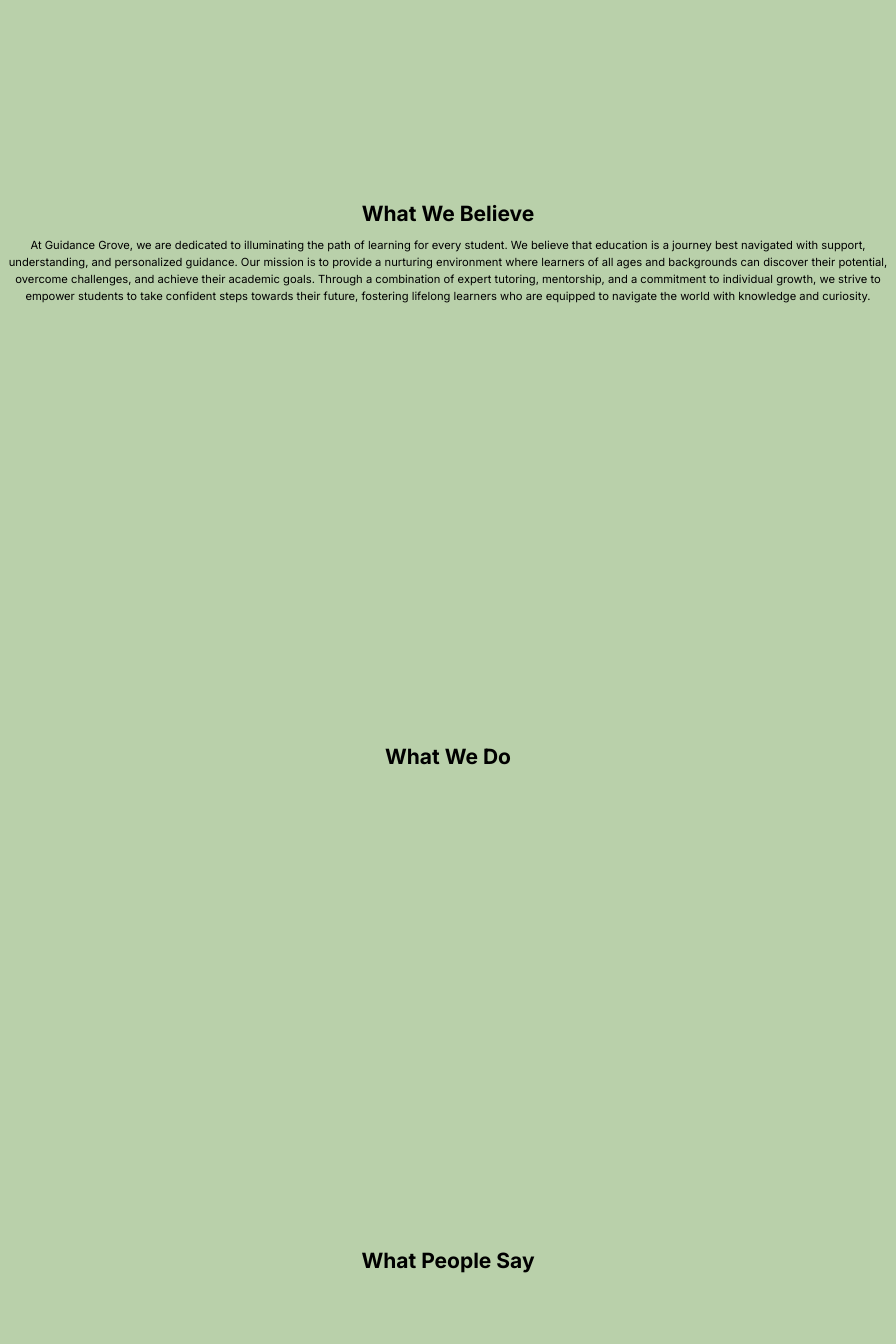
Repository: PositiveGuy/GuidanceGrove
Page: /
These files come from the project's save history. The page is drawn as it stood at one moment and after the next save; the edit follows.
The browser window is 1280 px wide. The pictures show the part of the page from y = 0 to 1920 px (the page is 3874 px tall), at 70% of full size.
The project was rebuilt for these pictures with package versions that can differ from the ones it lists, and the page was loaded fresh each time. The framework's server and built-in components were replaced by stand-ins that run in the browser. Also part of the build but not shown: next.config.js.

Above is the page before, as saved 2023-12-28 16:16:24.

### src/app/layout.tsx
import React from 'react';
import Header from '../components/header';
import Footer from '../components/footer';
import { Inter } from 'next/font/google';
import './globals.css';
import { ThemeContextProvider } from '@/context/ThemeContext';
import ThemeProvider from '@/providers/ThemeProvider';
import ThemeWrapper from '@/components/ThemeWrapper';

//font
const inter = Inter({ subsets: ['latin'] });



//header and footer layout
const RootLayout = ({ children }: { children: React.ReactNode }) => {
  return (
    <html lang='en'>
      <body>
        <ThemeContextProvider>
          <ThemeProvider>
            <Header />
            <ThemeWrapper>
              <main className={inter.className}>{children}</main>
            </ThemeWrapper>
            <Footer />
          </ThemeProvider>
        </ThemeContextProvider>
      </body>
    </html>
  );
};

export default RootLayout;

### src/app/page.tsx
import React from 'react';
//components import
import BelieveSection from '../components/BelieveSection';
import ServicesSection from '../components/ServicesSection';
import TestimonialsSection from '../components/TestimonialsSection';
import CallToActionSection from '../components/CallToActionSection';
import ContactSection from '../components/ContactSection';


//page layout
const Page = () => {
  return (
    <>
      <BelieveSection />
      <ServicesSection />
      <TestimonialsSection />
      <CallToActionSection />
      <ContactSection />
    </>
  );
};

export default Page;

### src/components/header.tsx
"use client"
import { useState } from "react";
import MobileNavigation from "./MobileNavigation";
import ThemeToggle from "./ThemeToggle";
import SearchBar from "./SearchBar";
import { Navbar } from "flowbite-react";


const Header = () => {

  return (
    <>
      <Navbar className='flex sm:flex md:flex lg:hidden w-full h-20 justify-between items-center p-5 bg-black fixed z-50'       >

        <div className="flex items-center space-x-3">
          <img src="/Logo/guidance-grove-logo.png" alt="Guidance Grove Logo" className="h-12 w-12 rounded-full" />

        </div>

        <div className='flex'>
          <div className='hidden'>
            <SearchBar />
          </div>
          <ThemeToggle />
          <Navbar.Toggle className="bg-black    sm:flex md:flex lg:hidden" />

          <Navbar.Collapse className='bg-white absolute top-[5rem] '>
            <SearchBar />
            <Navbar.Link href="#">Home</Navbar.Link>
            <Navbar.Link href="#">About</Navbar.Link>
            <Navbar.Link href="#">Service</Navbar.Link>
            <Navbar.Link href="#">Contact</Navbar.Link>
            <Navbar.Link href="#">Language</Navbar.Link>
          </Navbar.Collapse>
        </div>
      </Navbar>



      {/* Mobile Navbar
      <MobileNavigation /> */}


    </>
  );
};

export default Header;

### src/components/footer.tsx
import Image from "next/image";

const Footer = () => {
  return (
    <footer className="p-5 bg-black shadow-inner text-center">
      <div className="flex justify-center space-x-8 mt-10">
        {/* Placeholder for social icons */}
        <Image src={"/SVGs/ig.svg"} width={50} height={50} alt="ig"></Image>
        <Image src={"/SVGs/fb.svg"} width={50} height={50} alt="fb"></Image>
        <Image src={"/SVGs/tw.svg"} width={50} height={50} alt="tw"></Image>
        <Image src={"/SVGs/wa.svg"} width={50} height={50} alt="wa"></Image>
        <Image src={"/SVGs/yt.svg"} width={50} height={50} alt="in"></Image>
      </div>

      <div className="flex justify-center space-x-1 mb-10 text-teal-50">
        <div className="mt-20">
          ©2023; designed with love and care by
        </div>
        <div className="mt-20 font-caveat">
          GuidanceGrove™
        </div>
      </div>
    </footer>
  );
};
//make GuidanceGrove in font Caveat
export default Footer;

### src/app/globals.css
@tailwind base;
@tailwind components;
@tailwind utilities;

:root {
  --foreground-rgb: 0, 0, 0;
  --background-start-rgb: 214, 219, 220;
  --background-end-rgb: 255, 255, 255;
}

@media (prefers-color-scheme: dark) {
  :root {
    --foreground-rgb: 255, 255, 255;
    --background-start-rgb: 0, 0, 0;
    --background-end-rgb: 0, 0, 0;
  }
}

body {
  color: rgb(var(--foreground-rgb));
  background: linear-gradient(
      to bottom,
      transparent,
      rgb(var(--background-end-rgb))
    )
    rgb(var(--background-start-rgb));
}

.custom-shadow {
    box-shadow: 0 2px 4px rgba(0, 0, 0, 0.2);
}

### src/context/ThemeContext.tsx
"use client"
import { createContext, useState, ReactNode, useEffect } from "react"

interface ChildrenProps {
    children: ReactNode
}

interface ThemeContextType {
    theme: string
    toggle: () => void
}

// This component is responsible to registering and remembering what theme was chosen by the user
// we use local storage for that
export const ThemeContext = createContext<ThemeContextType>({
    theme: "light",
    toggle: () => { },
})

function getFromLocalStorage() {
    if (typeof window === "undefined") {
        return "light";
    }
    const storedTheme = localStorage.getItem("theme");
    console.log("Initial theme from localStorage:", storedTheme); // Debug log
    return storedTheme || "light";
}


export const ThemeContextProvider = ({ children }: ChildrenProps) => {
    const [theme, setTheme] = useState<string>(getFromLocalStorage)

    // since next.js uses server side rendering, we must specify if the transition to client is completed
    const toggle = () => {
        setTheme(prevTheme => prevTheme === "light" ? "dark" : "light");
    };



    useEffect(() => {
        console.log("Updating theme in localStorage to:", theme); // Debug log
        localStorage.setItem("theme", theme);
    }, [theme]);



    return <ThemeContext.Provider value={{ theme, toggle }}>{children}</ThemeContext.Provider>
}

### src/providers/ThemeProvider.tsx
"use client"

import { ThemeContext } from "@/context/ThemeContext"
import { useState, useEffect, useContext, ReactNode } from "react"


interface ChildrenProps {
    children: ReactNode
}

// this component is created to keep the layout/page as server side rendered.
// useContext() requires you to have "use client"

export default function ThemeProvider({ children }: ChildrenProps) {
    const { theme } = useContext(ThemeContext)
    const [mounted, setMounted] = useState(false)

    useEffect(() => {
        setMounted(true)
    }, [])

    if (mounted) {
        return <div className={theme}>{children}</div>
    }
    return <div className={theme}>{children}</div>
}

### src/components/ThemeWrapper.tsx
"use client"
import React, { useContext } from 'react';
import { ThemeContext } from '@/context/ThemeContext';

const ThemeWrapper = ({ children }: { children: React.ReactNode }) => {
    const { theme } = useContext(ThemeContext);

    return (
        <div className={`${theme === "light" ? " bg-sage text-black" : "bg-gray-700 text-slate-400"}`}>
            {children}
        </div>
    );
};

export default ThemeWrapper;

### src/components/BelieveSection.tsx
"use client"
import { ThemeContext } from "@/context/ThemeContext";
import { useContext } from "react";

const BelieveSection = () => {
  const { theme } = useContext(ThemeContext)
  return (
    <div id="believe" className={`h-screen flex items-center justify-center`}>
      <div className="text-center">
        <h2 className="text-3xl font-bold">What We Believe</h2>
        <p className="mt-4">At Guidance Grove, we are dedicated to illuminating the path of learning for every student.
          We believe that education is a journey best navigated with support, understanding, and personalized guidance.
          Our mission is to provide a nurturing environment where learners of all ages and backgrounds
          can discover their potential, overcome challenges, and achieve their academic goals.
          Through a combination of expert tutoring, mentorship, and a commitment to individual growth,
          we strive to empower students to take confident steps towards their future,
          fostering lifelong learners who are equipped to navigate the world with knowledge and curiosity.</p>
      </div>
    </div>
  );
};

export default BelieveSection;

### src/components/ServicesSection.tsx
"use client"
import { ThemeContext } from "@/context/ThemeContext";
import { useContext } from "react";

const ServicesSection = () => {
  const { theme } = useContext(ThemeContext)
  return (
    <div id="services" className={`h-screen flex items-center justify-center  `}>
      <div className="text-center">
        <h2 className="text-3xl font-bold">What We Do</h2>
        {/* Add service details here */}
      </div>
    </div>
  );
};

export default ServicesSection;

### src/components/TestimonialsSection.tsx
"use client"
import { ThemeContext } from "@/context/ThemeContext";
import { useContext } from "react";

const TestimonialsSection = () => {
  const { theme } = useContext(ThemeContext)
  return (
    <div id="testimonials" className={`h-screen flex items-center justify-center   `}>
      <div className="text-center">
        <h2 className="text-3xl font-bold">What People Say</h2>
        {/* Add testimonials here */}
      </div>
    </div>
  );
};

export default TestimonialsSection;

### src/components/CallToActionSection.tsx
"use client"
import { ThemeContext } from "@/context/ThemeContext";
import { useContext } from "react";

const CallToActionSection = () => {
  const { theme } = useContext(ThemeContext)
  return (
    <div id="cta" className={`h-screen flex items-center justify-center  `}>
      <div className="container mx-auto px-4 sm:px-6 lg:px-8">
        <div className="flex flex-wrap -mx-4 items-center">
          <div className="text-left lg:w-1/2 px-4 mb-4 lg:mb-0">
            <h2 className="text-5xl font-bold">Payments tool for software companies</h2>
            <p className="mt-2 text-lg">From checkout to global sales tax compliance, companies around the world use Flowbite to simplify their payment stack.</p>
            <button className="mt-4 bg-blue-500 text-white py-2 px-4 rounded hover:bg-blue-700">
              Get started ➤
            </button>
          </div>
          <div className="lg:w-1/2 px-4 flex justify-center lg:justify-end">
            <img src="DALLE/career.png" alt="Software Payment Tool" className="object-contain lg:object-cover h-80 w-full lg:w-auto rounded-lg shadow-lg" />
          </div>
        </div>
      </div>
    </div>
  );
};

export default CallToActionSection;

### src/components/ContactSection.tsx
"use client"
import { ThemeContext } from "@/context/ThemeContext";
import { useContext } from "react";

const ContactSection = () => {
  const { theme } = useContext(ThemeContext)
  return (
    <div id="contact" className={`h-screen flex items-center justify-center  `}>
      <div className="text-center">
        <h2 className="text-3xl font-bold">Contact Us</h2>
        {/* Add contact form or information here */}
      </div>
    </div>
  );
};

export default ContactSection;

### src/components/ThemeToggle.tsx
"use client"
import { useContext } from 'react'
import { Switch } from '@headlessui/react'
import { ThemeContext } from '@/context/ThemeContext'

export default function Example() {
    const { toggle, theme } = useContext(ThemeContext)

    // Determine if the switch should be on or off based on the current theme
    const isDarkMode = theme === 'dark'

    return (
        <div className="flex items-center justify-center p-6"> {/* Adjusted for centering */}
            <Switch
                checked={isDarkMode}
                onChange={toggle} // Use the toggle function from context
                className={`${isDarkMode ? 'bg-teal-900' : 'bg-teal-700'}
                    relative inline-flex items-center h-6 rounded-full w-11 transition-colors focus:outline-none`}
            >
                <span className="sr-only">Toggle theme</span>
                <span
                    aria-hidden="true"
                    className={`${isDarkMode ? 'translate-x-6' : 'translate-x-1'}
                        inline-block w-4 h-4 transform bg-white rounded-full transition-transform`}
                />
            </Switch>
        </div>
    )
}

### src/components/SearchBar.tsx
export default function SearchBar() {
    return (
        <form className="flex items-center">
            <div className="relative w-full">
                {/* Search Icon */}
                <div className="absolute inset-y-0 left-0 flex items-center pl-3">
                    <svg className="w-5 h-5 text-gray-500 dark:text-gray-400" xmlns="http://www.w3.org/2000/svg" fill="none" viewBox="0 0 24 24" stroke="currentColor">
                        <path strokeLinecap="round" strokeLinejoin="round" strokeWidth={2} d="M19 19l-4-4m0-7A7 7 0 1 1 1 8a7 7 0 0 1 14 0z" />
                    </svg>
                </div>

                {/* Input Field */}
                <input
                    type="search"
                    id="default-search"
                    className="block w-full pl-10 pr-20 text-sm text-gray-900 border border-gray-300 rounded-full bg-gray-50 focus:ring-blue-500 focus:border-blue-500 dark:bg-gray-700 dark:border-gray-600 dark:placeholder-gray-400 dark:text-white dark:focus:ring-blue-500 dark:focus:border-blue-500"
                    placeholder="Search Mockups, Logos..."
                    required
                />

                {/* Search Button */}
                <button type="submit" className="text-white absolute right-0 top-0 bottom-0 bg-blue-700 hover:bg-blue-800 focus:ring-4 focus:outline-none focus:ring-blue-300 font-medium rounded-r-full text-sm px-4 py-2 dark:bg-blue-600 dark:hover:bg-blue-700 dark:focus:ring-blue-800">Search</button>
            </div>
        </form>
    );
}

### tailwind.config.ts
import type { Config } from 'tailwindcss'

const config: Config = {
  content: [
    "./node_modules/flowbite-react/lib/**/*.js",
    './src/pages/**/*.{js,ts,jsx,tsx,mdx}',
    './src/components/**/*.{js,ts,jsx,tsx,mdx}',
    './src/app/**/*.{js,ts,jsx,tsx,mdx}',
  ],
  theme: {
    extend: {
      backgroundImage: {
        'gradient-radial': 'radial-gradient(var(--tw-gradient-stops))',
        'gradient-conic':
          'conic-gradient(from 180deg at 50% 50%, var(--tw-gradient-stops))',

      },
      colors: {
        sage: '#B9D0AA',
      },

      fontFamily: {
        caveat: ['Caveat', 'cursive'],
      },

    },

  },
  plugins: [
    require("flowbite/plugin")
  ],
}
export default config

After the next save:
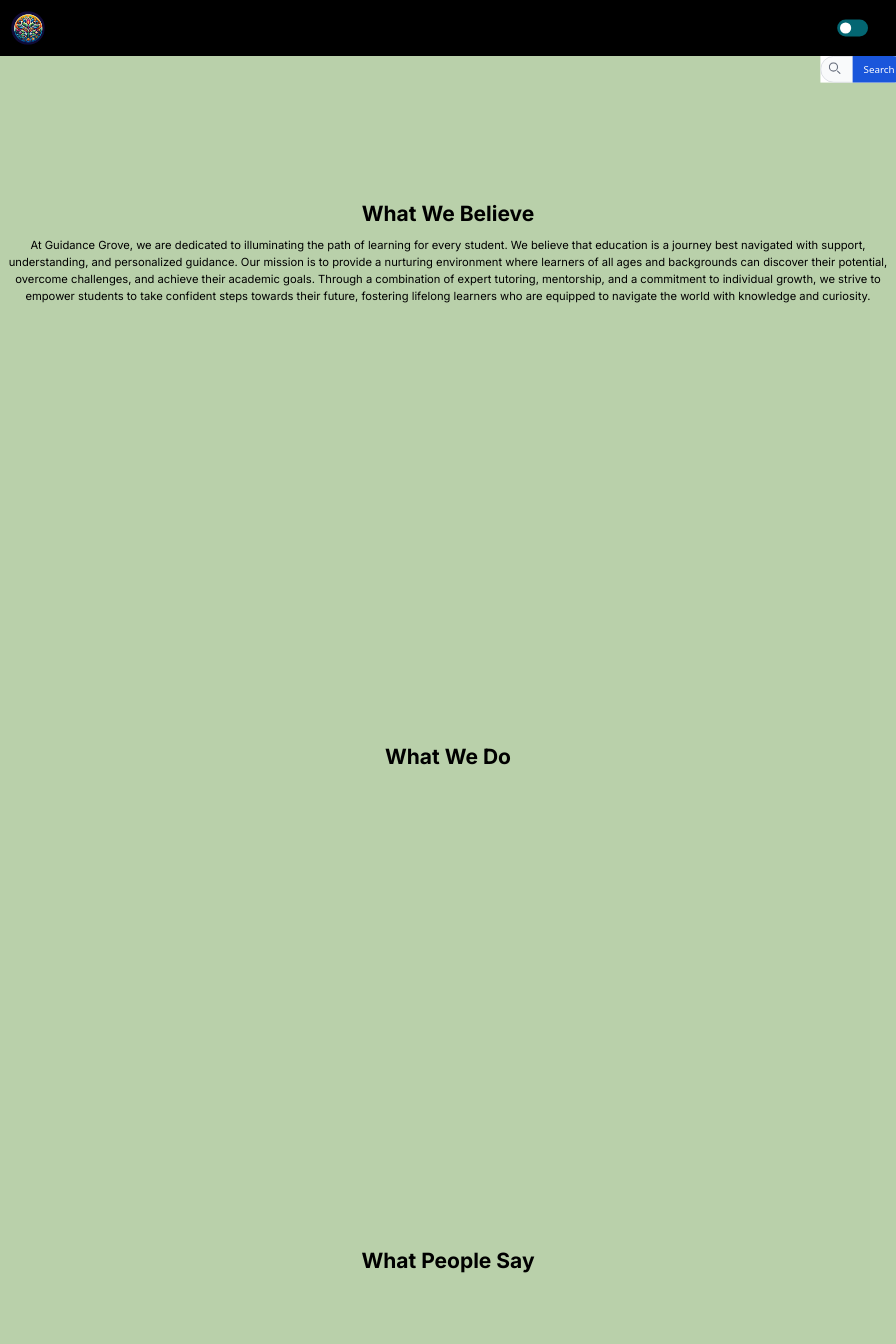
Saved 17 s later.
--- a/src/components/header.tsx
+++ b/src/components/header.tsx
@@ -10,7 +10,7 @@ const Header = () => {
 
   return (
     <>
-      <Navbar className='flex sm:flex md:flex lg:hidden w-full h-20 justify-between items-center p-5 bg-black fixed z-50'       >
+      <Navbar className='flex  w-full h-20 justify-between items-center p-5 bg-black fixed z-50'       >
 
         <div className="flex items-center space-x-3">
           <img src="/Logo/guidance-grove-logo.png" alt="Guidance Grove Logo" className="h-12 w-12 rounded-full" />
